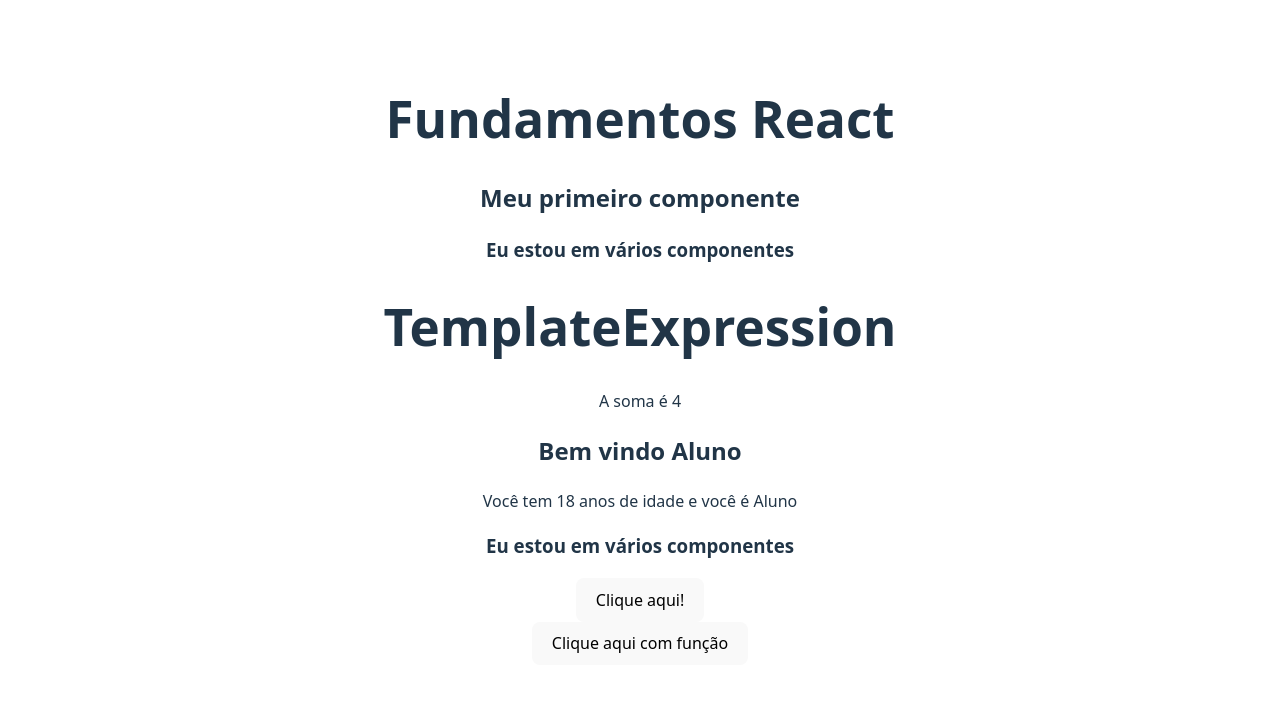
Repository: bellincanta/ReactNative
Page: / (app in Projetos/aulaReact/)
An editor plug-in stored every save of this project. The page is shown before and after the next save, followed by the edit.
The browser window is 1280 px wide. The pictures show the whole page.
The project was rebuilt for these pictures with package versions that can differ from the ones it lists, and the page was loaded fresh each time. Also part of the build but not shown: Projetos/aulaReact/vite.config.ts.

Above is the page before, as saved 2025-06-12 15:29:52.

### Projetos/aulaReact/src/App.tsx
//importação de componentes
import PrimeiroComponente from './components/PrimeiroComponente'
import TemplateExpression from './components/TemplateExpression'
import MeuComponente from './components/MeuComponente'
import Evento from './components/Evento'
import './App.css'

function App() {
  //comentário
  return (
    <>
      <div>
        {/*comentário JSX */}
       <h1>Fundamentos React</h1>
       <PrimeiroComponente/>
       <TemplateExpression/>
       <MeuComponente/>
       <Evento/>

      </div>
    </>
  )
}

export default App

### Projetos/aulaReact/src/components/PrimeiroComponente.tsx
import MeuComponente from "./MeuComponente"

//Criando componente
const PrimeiroComponente = () => {
    return (
        <div>
            <h2>Meu primeiro componente</h2>
            <MeuComponente/>
        </div>
    )
}

export default PrimeiroComponente

### Projetos/aulaReact/src/components/TemplateExpression.tsx
//Template expression

const TemplateExpression = () => {
  const name = "Aluno"

  const data = {
    idade: 18,
    funcao: "Aluno"
  }

  return (
    <div>
        <h1>TemplateExpression</h1>
        <p>A soma é { 2 + 2} </p>
        <h2>Bem vindo {name} </h2>
        <p>
          Você tem {data.idade} anos de idade e você é {data.funcao}
        </p>
    </div>
  )
}

export default TemplateExpression

### Projetos/aulaReact/src/components/MeuComponente.tsx


const MeuComponente = () => {
  return (
    <div>
        <h3>Eu estou em vários componentes</h3>
    </div>
  )
}

export default MeuComponente

### Projetos/aulaReact/src/components/Evento.tsx


const Evento = () => {

  const handleClick = () => {
    console.log("Executou")
  }

  //Função de renderização
  const renderSomething = (x) => {
    if (x) {
      return <h1>Renderizando verdadeiro!</h1>
    } else {
      return <h1>Renderizando falso!</h1>
    }
  }

  return (
    <div>
        <button onClick={()=> console.log("Testando um evento")}>
            Clique aqui!
        </button>
      {/* Evento com função */}
      <div>
        <button onClick={handleClick}>Clique aqui com função</button>
      </div>
    </div>
  )
}

export default Evento

Loaded but not shown: Projetos/aulaReact/index.html (common file); Projetos/aulaReact/src/main.tsx (common file); Projetos/aulaReact/src/index.css (common file); Projetos/aulaReact/src/App.css (common file)

After the next save:
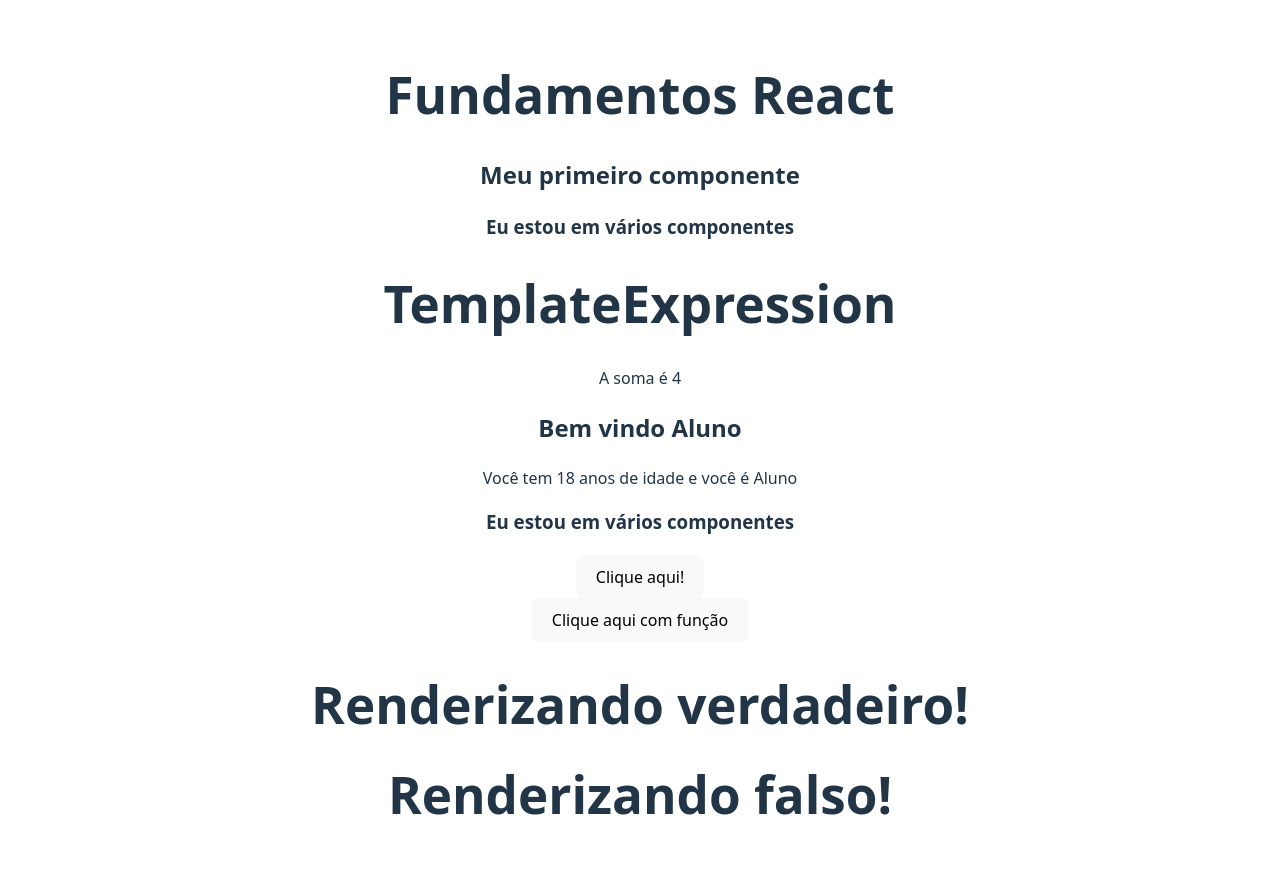
Saved 6 min 16 s later.
--- a/Projetos/aulaReact/src/components/Evento.tsx
+++ b/Projetos/aulaReact/src/components/Evento.tsx
@@ -24,6 +24,9 @@ const Evento = () => {
       <div>
         <button onClick={handleClick}>Clique aqui com função</button>
       </div>
+      {/* Função render */}
+      {renderSomething(true)}
+      {renderSomething(false)}
     </div>
   )
 }
